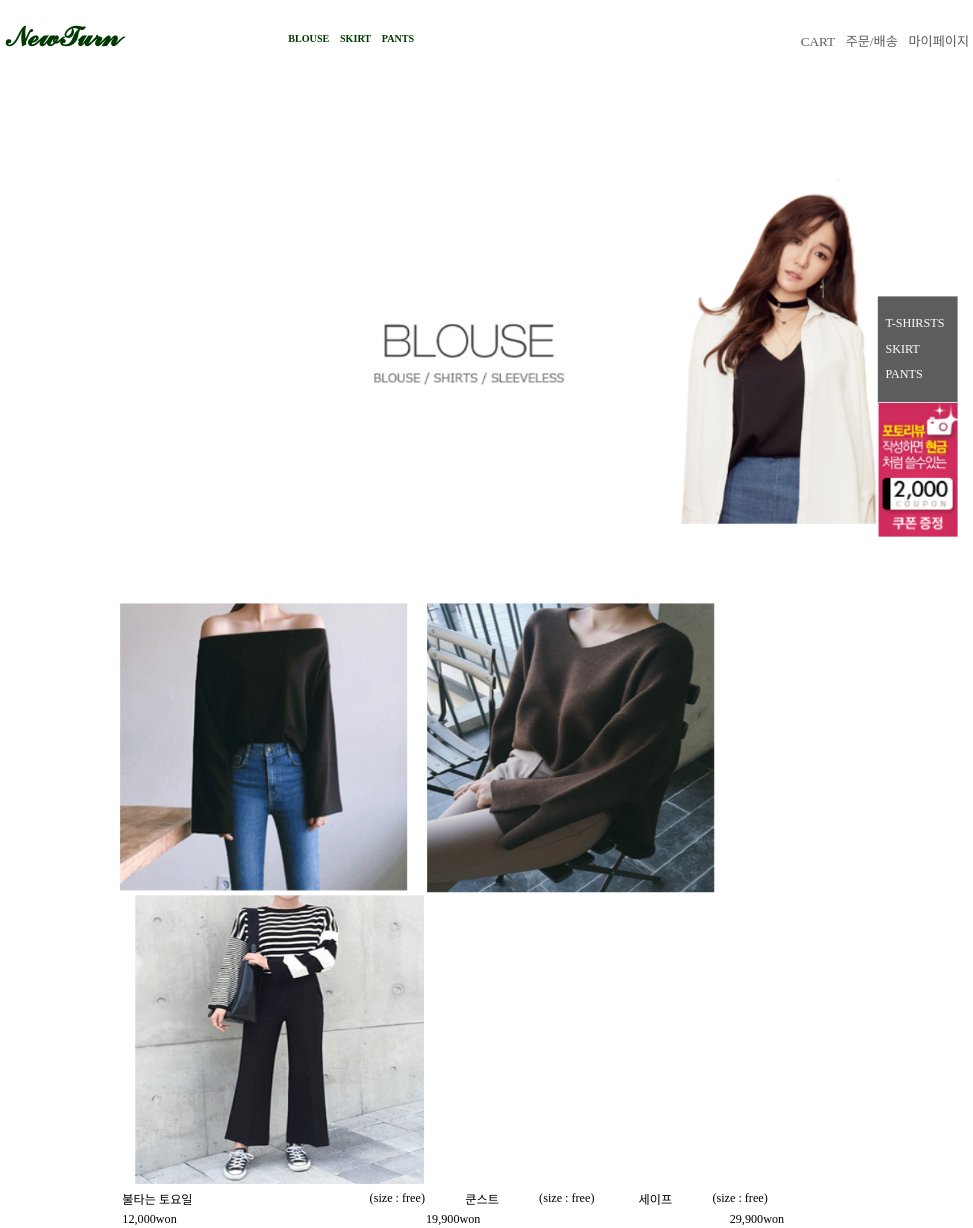
Repository: won0108/Port-Folio
Page: Creating_Homepage/Shopping/WebContent/top.html
The author's editor kept a copy of each file at every save. The page is drawn from the files as they stood at one save, then again after the next save.
The browser window is 1280 px wide. The pictures show the whole page, at 76% of full size.

Above is the page before, as saved 2020-12-03 08:03:07.

After the next save:
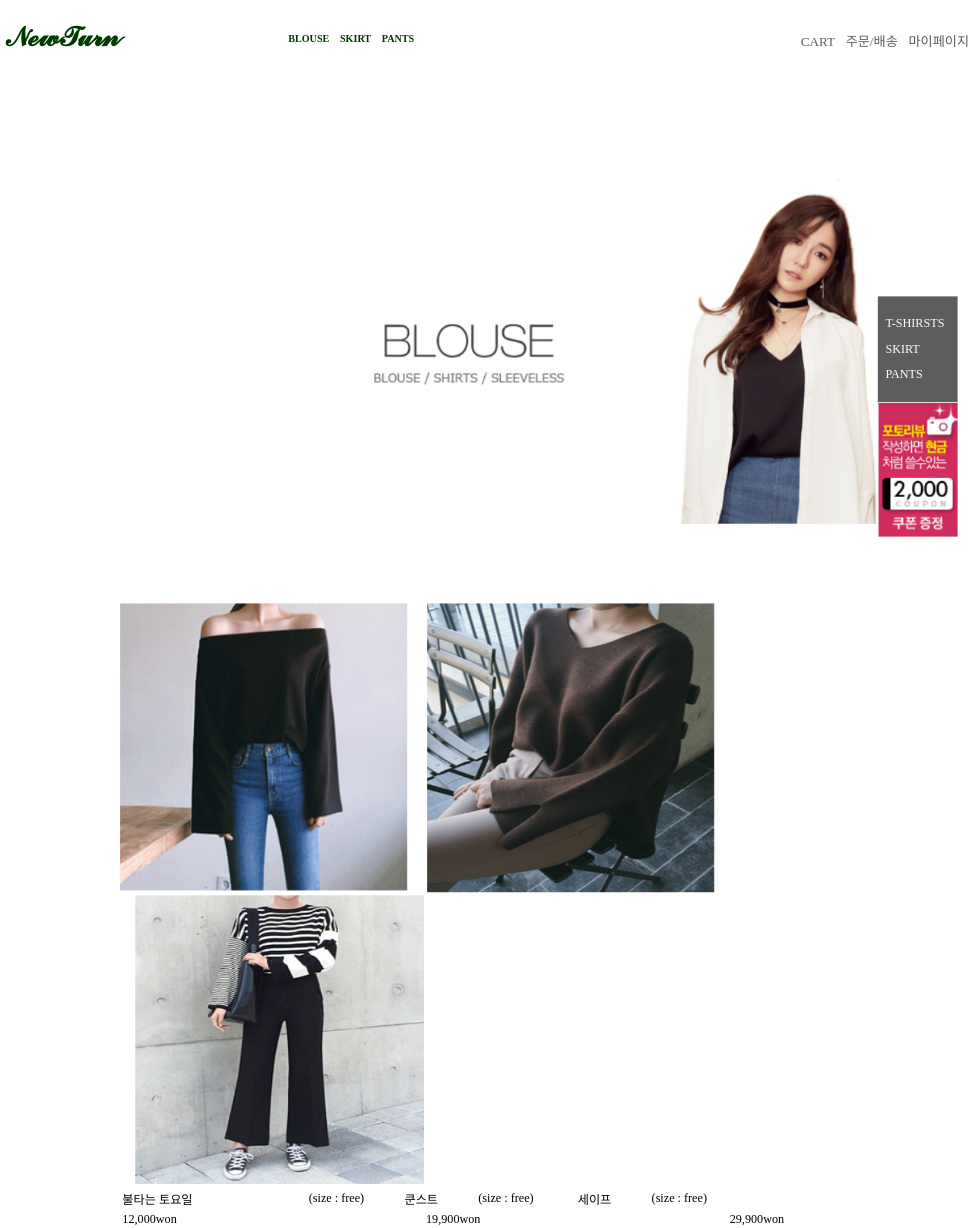
Saved 15 s later.
--- a/Creating_Homepage/Shopping/WebContent/top.html
+++ b/Creating_Homepage/Shopping/WebContent/top.html
@@ -78,7 +78,7 @@
 			<table>
 				<tr>
 					<td>불타는 토요일</td>
-					<td style="padding-left:230px;">(size : free)</td>
+					<td style="padding-left:150px;">(size : free)</td>
 					<td style="padding-left: 50px;">쿤스트</td>
 					<td style="padding-left:50px;">(size : free)</td>
 					<td style="padding-left: 55px;">세이프</td>
